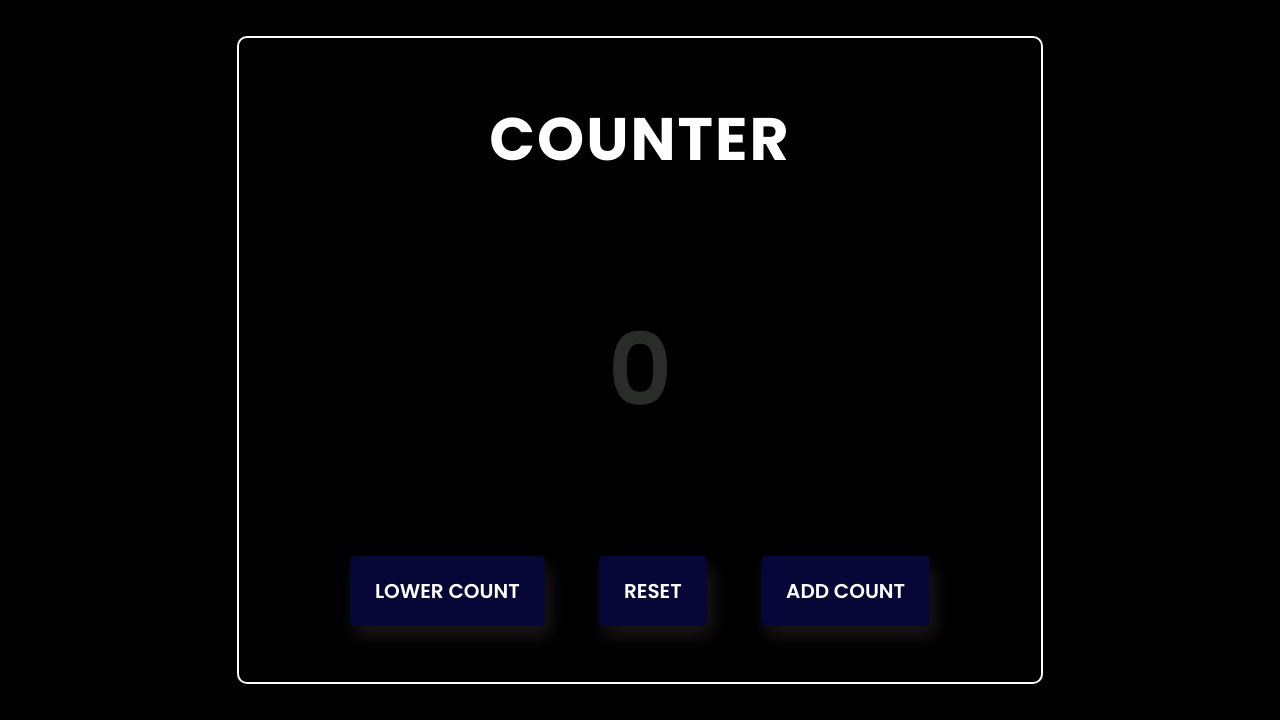
Repository: ArusyakAghajanyan/Counter
Page: index.html
The author's editor kept a copy of each file at every save. The page is drawn from the files as they stood at one save, then again after the next save.
The browser window is 1280 px wide. The pictures show the whole page.

Above is the page before, as saved 2022-02-14 22:33:37.
Not found: Caesar-Materica-Ocra-Grip-225x453-cm-AFU6-Casa39.jpg

After the next save:
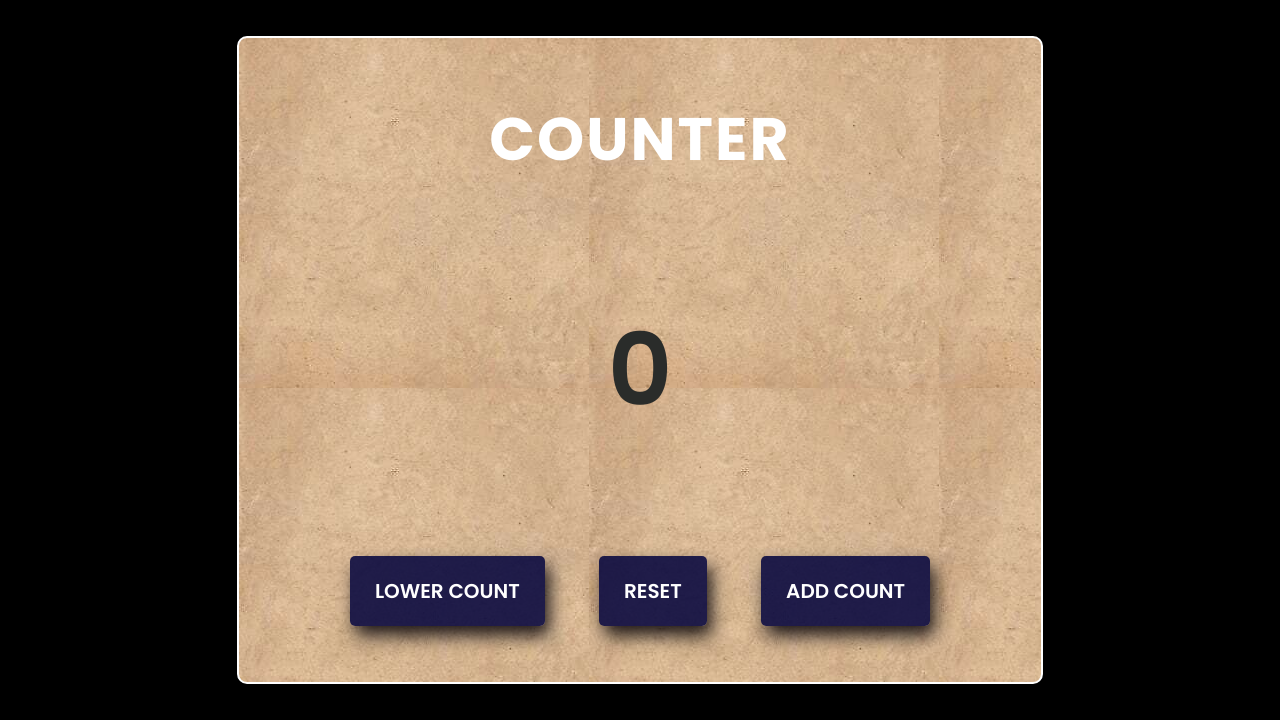
Saved 4 s later.
--- a/style.css
+++ b/style.css
@@ -17,7 +17,7 @@
 }
 
 .parent {
-    background-image: url(./image/)
+    background-image: url(./image/Caesar-Materica-Ocra-Grip-225x453-cm-AFU6-Casa39.jpg)
     position: relative;
     width: 70%;
     height: 100%;
